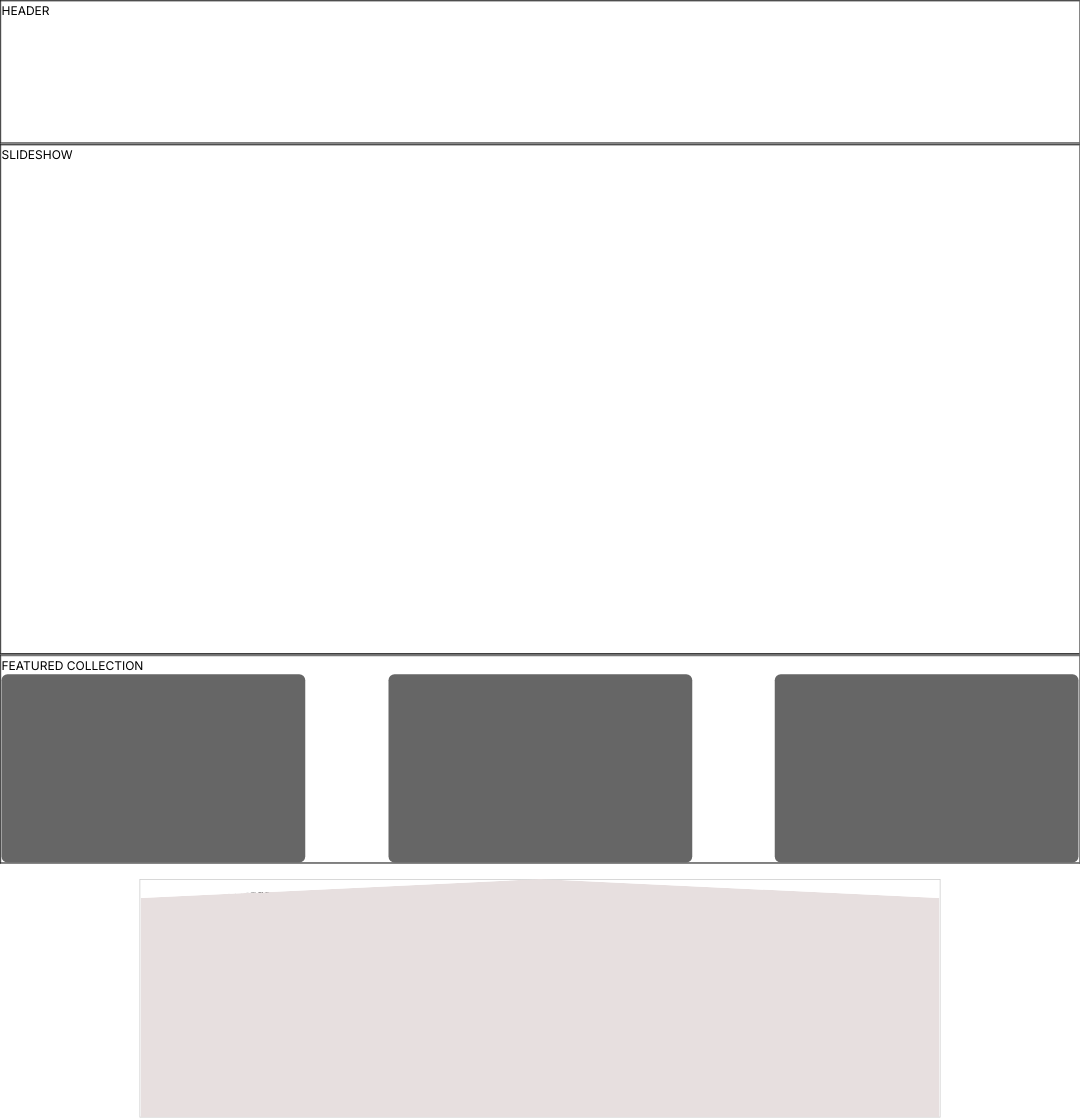
Repository: theophiloweb/landpage_disgital_store
Page: index.html
These files come from the project's save history. The page is drawn as it stood at one moment and after the next save; the edit follows.
The browser window is 1280 px wide. The page is 1440 px wide, so the pictures cover 1440 px, including what lies to the right of the window. The pictures show the whole page, at 75% of full size.

Above is the page before, as saved 2025-04-23 11:26:57.

After the next save:
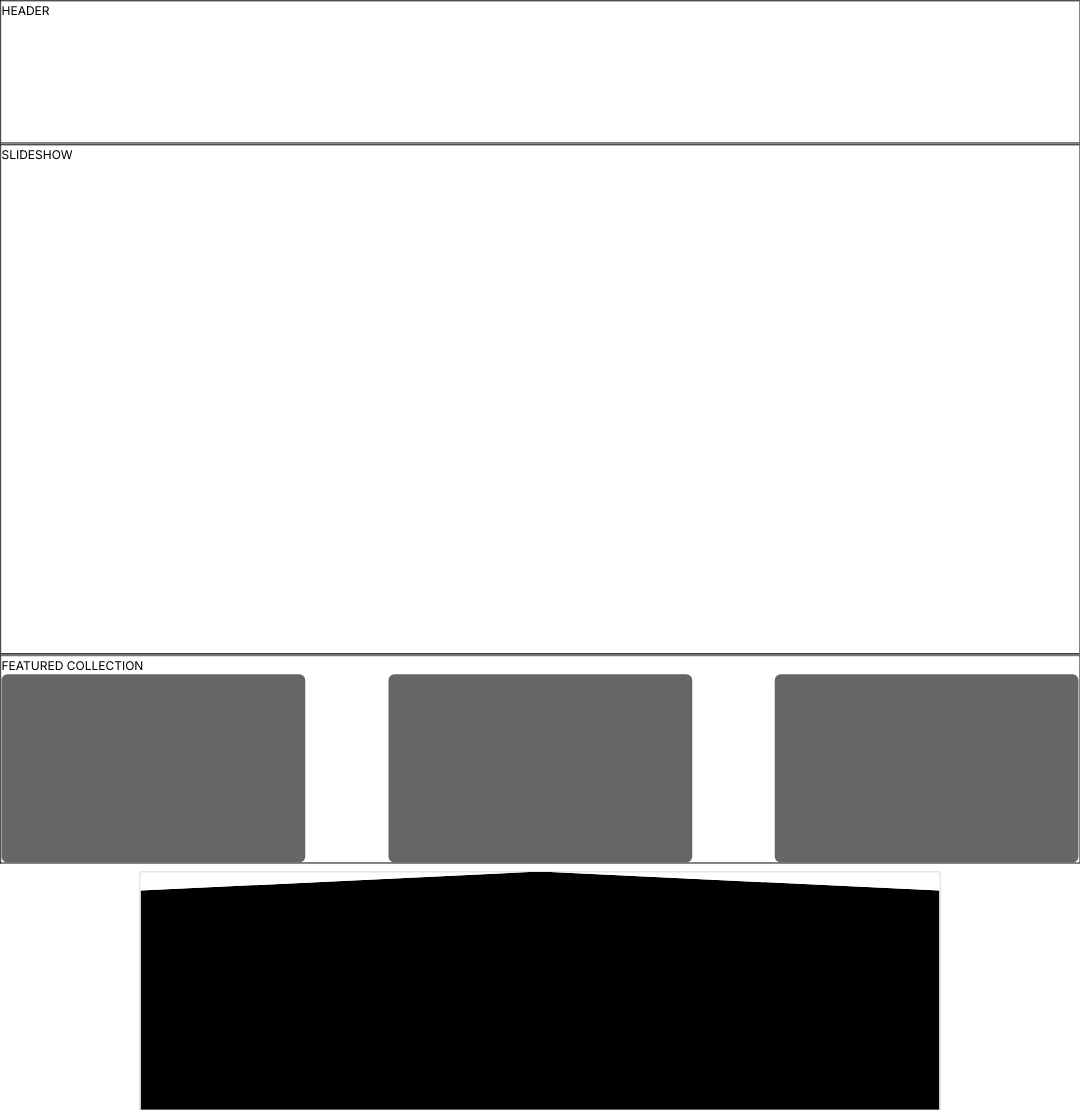
Saved 3 min 7 s later.
--- a/style.css
+++ b/style.css
@@ -95,7 +95,7 @@ header {
     display: flex;
     justify-content: center;
     max-width: 1440px;
-    margin-top: 20px;
+    margin-top: 10px;
 }
 
 .featured_collection_2_box1 {
@@ -115,57 +115,43 @@ header {
     border: none;
     border-radius: 0;
     position: relative;
-    /* Necessário para posicionar pseudo-elementos */
     overflow: hidden;
-    /* Garante que pseudo-elementos fiquem dentro da forma */
-
-    /* Sem background-color na box principal, conforme solicitado */
     background: none;
-    /* ou background-color: transparent; */
-
-    /* O clip-path é aplicado aqui e nos pseudo-elementos */
     -webkit-clip-path: polygon(0% 8%, 50% 0%, 100% 8%, 100% 100%, 0% 100%);
     clip-path: polygon(0% 8%, 50% 0%, 100% 8%, 100% 100%, 0% 100%);
-    color: black;
-
+    box-sizing: border-box;
 }
 
-/* Pseudo-elemento para a camada preta da borda */
 .featured_collection_2_box2::before {
     content: '';
     position: absolute;
     top: 0;
-    /* Cobre toda a área do pai inicialmente */
     left: 0;
     width: 100%;
     height: 100%;
-    background-color: rgb(231, 223, 223);
-    /* Cor da borda */
-    /* Recorta esta camada na forma do polígono */
+    background-color: black;
     -webkit-clip-path: polygon(0% 8%, 50% 0%, 100% 8%, 100% 100%, 0% 100%);
     clip-path: polygon(0% 8%, 50% 0%, 100% 8%, 100% 100%, 0% 100%);
-
+    z-index: 1;
 }
 
-/* Pseudo-elemento para a camada interna transparente (o "preenchimento") */
 .featured_collection_2_box2::after {
     content: '';
     position: absolute;
-    /* Posiciona e dimensiona para criar a espessura da borda (ex: 2px) */
     top: 2px;
-    /* Espessura da linha */
     left: 2px;
-    /* Espessura da linha */
     width: calc(100% - 4px);
-    /* 100% - (2 * espessura) */
     height: calc(100% - 4px);
-    /* 100% - (2 * espessura) */
-
-    /* Fundo transparente para mostrar a borda preta ao redor */
     background-color: transparent;
-    /* Use 'white' se quiser o interior branco */
-
-    /* Recorta esta camada na mesma forma do polígono */
     -webkit-clip-path: polygon(0% 8%, 50% 0%, 100% 8%, 100% 100%, 0% 100%);
     clip-path: polygon(0% 8%, 50% 0%, 100% 8%, 100% 100%, 0% 100%);
+    z-index: 2;
 }
+
+.featured_collection_2_box2 p {
+    position: relative;
+    z-index: 3;
+    color: black;
+    padding: 20px;
+    text-align: center;
+}
